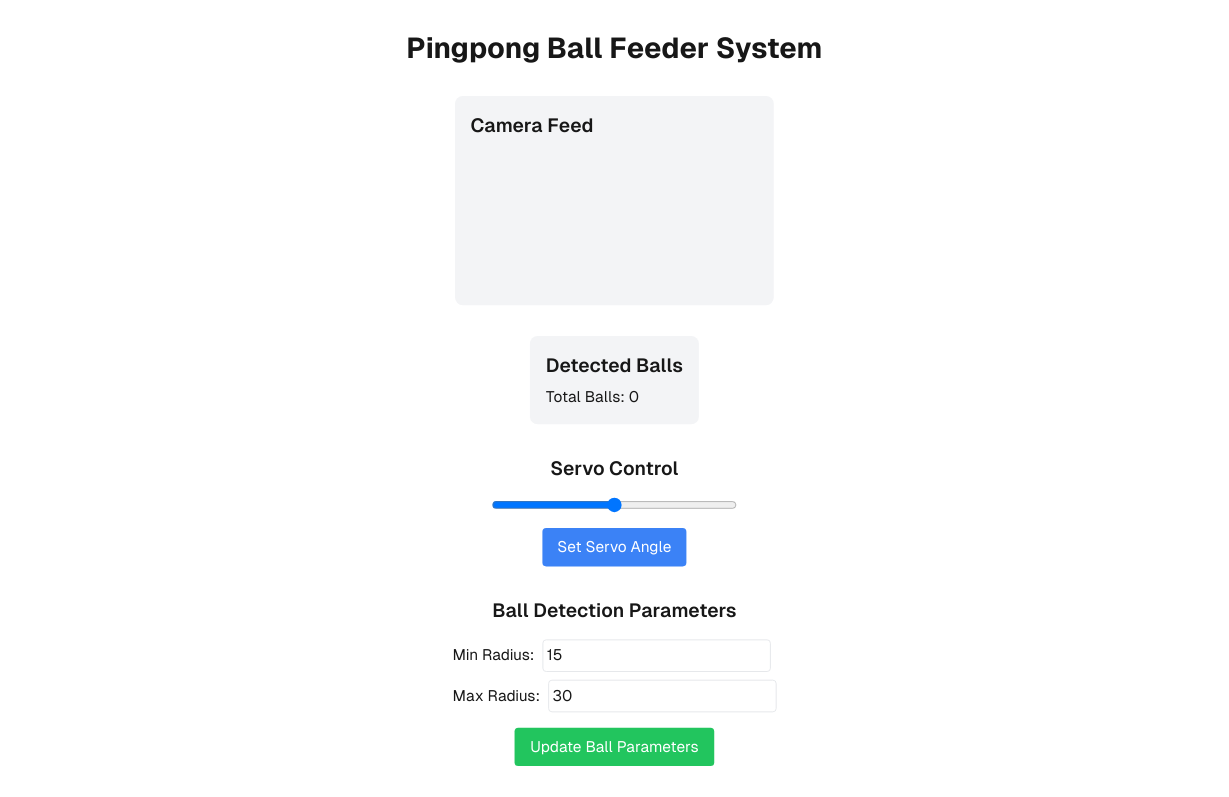
Repository: agurkmedia/pingypongy
Page: /
These files come from the project's save history. The page is drawn as it stood at one moment and after the next save; the edit follows.
The browser window is 1280 px wide. The pictures show the whole page, at 96% of full size.
The page's requests for data from a server got no answer. The project was rebuilt for these pictures with package versions that can differ from the ones it lists, and the page was loaded fresh each time. The framework's server and built-in components were replaced by stand-ins that run in the browser. No one was signed in, and anything a server would have sent is missing. Also part of the build but not shown: next.config.mjs.

Above is the page before, as saved 2024-09-20 13:58:29.

After the next save:
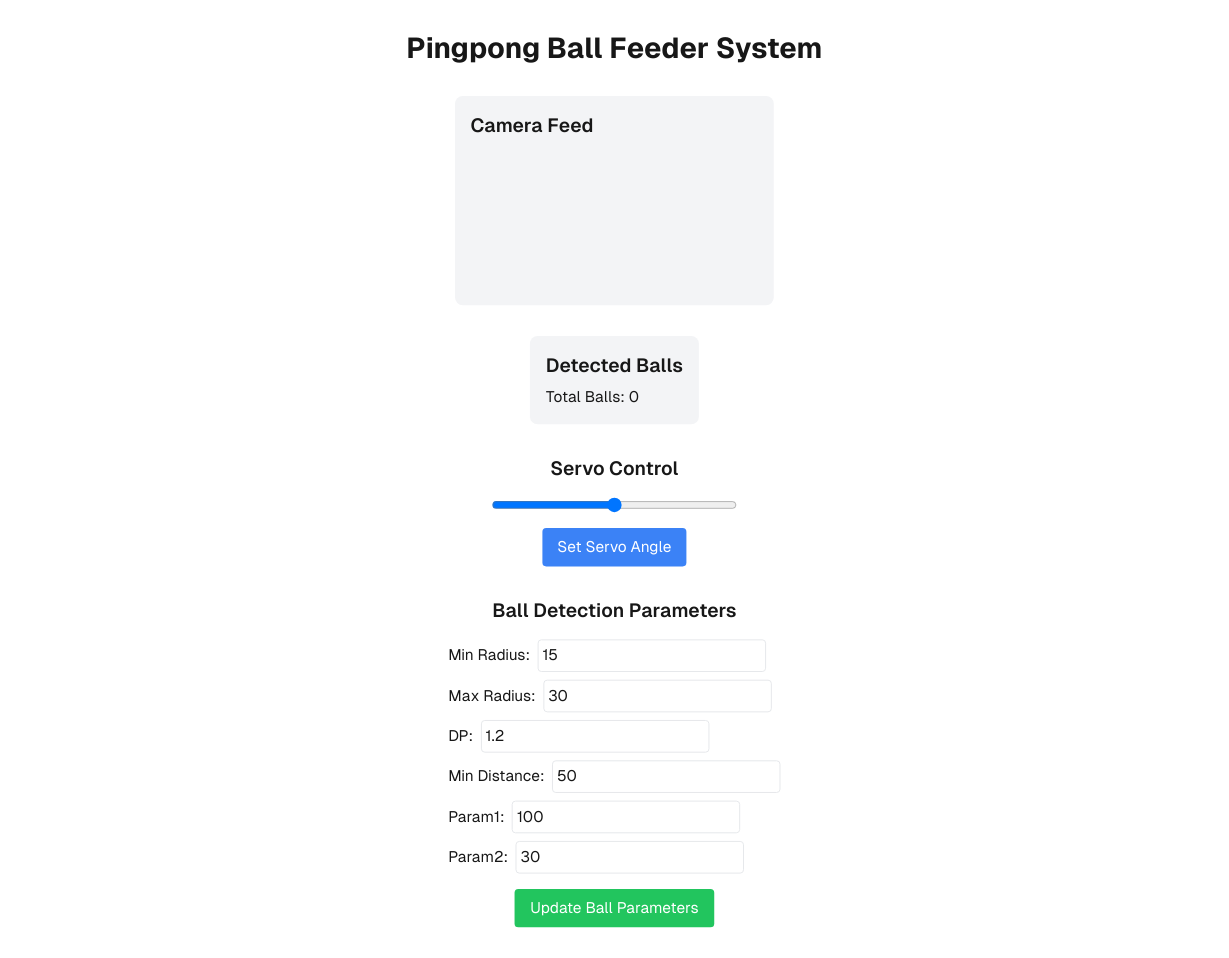
Saved 2 min 4 s later.
--- a/app/page.tsx
+++ b/app/page.tsx
@@ -12,6 +12,10 @@ interface Ball {
 interface BallDetectionParams {
   min_radius: number;
   max_radius: number;
+  dp: number;
+  minDist: number;
+  param1: number;
+  param2: number;
 }
 
 export default function Home() {
@@ -21,7 +25,11 @@ export default function Home() {
   const [servoAngle, setServoAngle] = useState(90);
   const [ballParams, setBallParams] = useState<BallDetectionParams>({
     min_radius: 15,
-    max_radius: 30
+    max_radius: 30,
+    dp: 1.2,
+    minDist: 50,
+    param1: 100,
+    param2: 30
   });
   const canvasRef = useRef<HTMLCanvasElement>(null);
 
@@ -131,6 +139,43 @@ export default function Home() {
                 className="ml-2 p-1 border rounded"
               />
             </label>
+            <label>
+              DP:
+              <input
+                type="number"
+                step="0.1"
+                value={ballParams.dp}
+                onChange={(e) => setBallParams({...ballParams, dp: parseFloat(e.target.value)})}
+                className="ml-2 p-1 border rounded"
+              />
+            </label>
+            <label>
+              Min Distance:
+              <input
+                type="number"
+                value={ballParams.minDist}
+                onChange={(e) => setBallParams({...ballParams, minDist: parseInt(e.target.value)})}
+                className="ml-2 p-1 border rounded"
+              />
+            </label>
+            <label>
+              Param1:
+              <input
+                type="number"
+                value={ballParams.param1}
+                onChange={(e) => setBallParams({...ballParams, param1: parseInt(e.target.value)})}
+                className="ml-2 p-1 border rounded"
+              />
+            </label>
+            <label>
+              Param2:
+              <input
+                type="number"
+                value={ballParams.param2}
+                onChange={(e) => setBallParams({...ballParams, param2: parseInt(e.target.value)})}
+                className="ml-2 p-1 border rounded"
+              />
+            </label>
           </div>
           <button
             onClick={handleBallParamsUpdate}
--- a/app/services/api.ts
+++ b/app/services/api.ts
@@ -25,6 +25,10 @@ export async function controlServo(angle: number) {
 interface BallDetectionParams {
   min_radius: number;
   max_radius: number;
+  dp: number;
+  minDist: number;
+  param1: number;
+  param2: number;
 }
 
 export const updateBallParams = async (params: BallDetectionParams) => {
